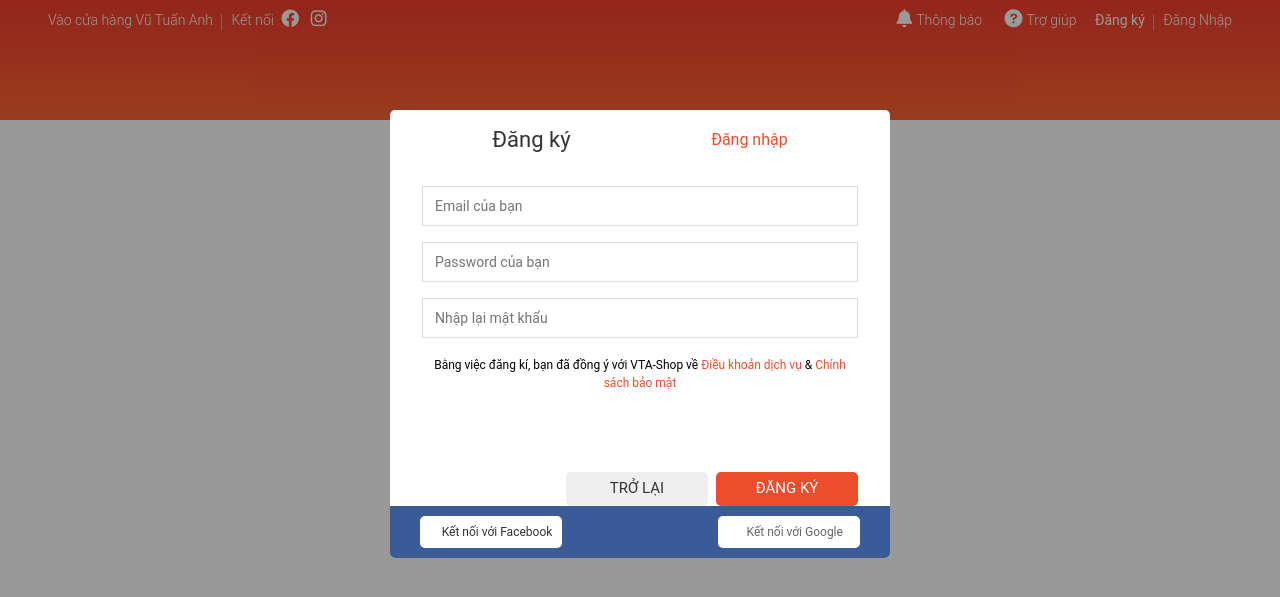
Repository: VuTuanAnh0949/Shopee
Page: index.html
An editor plug-in stored every save of this project. The page is shown before and after the next save, followed by the edit.
The browser window is 1280 px wide. The pictures show the whole page.

Above is the page before, as saved 2022-02-16 13:52:41.

### index.html
<!DOCTYPE html>
<html lang="en">

<head>
    <meta charset="UTF-8" />
    <meta http-equiv="X-UA-Compatible" content="IE=edge" />
    <meta name="viewport" content="width=device-width, initial-scale=1.0" />
    <title>Shopee</title>
    <link rel="stylesheet" href="https://cdnjs.cloudflare.com/ajax/libs/normalize/8.0.1/normalize.min.css" />
    <link rel="stylesheet" href="./assets/css/base.css" />
    <link rel="stylesheet" href="./assets/css/main.css" />
    <link rel="stylesheet" href="./assets/fonts/fontawesome-free-6.0.0-web/css/all.min.css">
    <link rel="stylesheet" href="https://fonts.googleapis.com/css?family-Roboto:300, 400, 500,78
0&display=swap&subset=vietnamese" rel="stylesheet" />

</head>

<body>
    <!-- Block Element Modifier -->
    <div class="app">
        <header class="header">
            <div class="grid">
                <nav class="header__navbar">
                    <ul class="header__navbar-list">
                        <li class="header__navbar-item header__navbar-item--has-qr header__navbar-item--separate">Vào cửa hàng Vũ Tuấn Anh
                            <div class="header__qr">
                                <img src="./assets/img/QR_code.png" alt="QR Code" class="header__qr-img">
                                <div class="header__qr-apps">
                                    <a href="" class="header__qr-link"><img src="./assets/img/Google_Play.png" alt="Google Play" class="header__qr-dowload-img">
                                    </a>
                                    <img src="./assets/img/App_store.png" alt="App Store" class="header__qr-dowload-img">
                                </div>
                            </div>
                        </li>
                        <li class="header__navbar-item">
                            <span class="header__navbar-title--no-pointer">Kết nối</span>
                            <a href="" class="header__navbar-icon-link"><i class="header__navbar-icon fa-brands fa-facebook"></i></a>
                            <a href="" class="header__navbar-icon-link"><i class="header__navbar-icon fa-brands fa-instagram"></i></a>
                        </li>
                    </ul>

                    <ul class="header__navbar-list">
                        <li class="header__navbar-item header__navbar-item--has-notification">
                            <a href="" class="header__navbar-item-link"><i class="header__navbar-icon fa-solid fa-bell"></i>Thông báo</a>
                            <div class="header__notification">
                                <header class="header__notification-header">
                                    <h3>Thông báo mới nhận</h3>
                                </header>
                                <ul class="header__notification-list">
                                    <li class="header__notification-item header__notification-viewed">
                                        <a href="" class="header__notification-link">
                                            <img src="https://cf.shopee.vn/file/a2344384834f0903b232953bf8e1d283_tn" alt="" class="header__notification-img">
                                            <div class="header__notification-info">
                                                <span class="header__notification-name">Bàn Phím cơ chính hãng K400-Đen</span>
                                                <span class="header__notification-descriotion">Bàn phím cơ máy tính gaming K550 Pro full Led 7 chế độ hiệu ứng là mẫu bàn phím phù hợp cho văn phòng và game thủ</span>
                                            </div>
                                        </a>
                                    </li>
                                    <li class="header__notification-item">
                                        <a href="" class="header__notification-link">
                                            <img src="https://cf.shopee.vn/file/fbd0d6cd59ae0c260cbdd8d2bdccbe06_tn" alt="" class="header__notification-img">
                                            <div class="header__notification-info">
                                                <span class="header__notification-name">Bàn phím cơ chính hãng K400-Trắng xanh 1</span>
                                                <span class="header__notification-descriotion">Bàn phím cơ máy tính gaming K550 Pro full Led 7 chế độ hiệu ứng là mẫu bàn phím phù hợp cho văn phòng và game thủ</span>
                                            </div>
                                        </a>
                                    </li>
                                    <li class="header__notification-item ">
                                        <a href="" class="header__notification-link">
                                            <img src="https://cf.shopee.vn/file/26989c24e549299dcfb324055082c553" alt="" class="header__notification-img">
                                            <div class="header__notification-info">
                                                <span class="header__notification-name">Bàn phím cơ chính hãng K400-Trắng xanh 2</span>
                                                <span class="header__notification-descriotion">>Bàn phím cơ máy tính gaming K550 Pro full Led 7 chế độ hiệu ứng là mẫu bàn phím phù hợp cho văn phòng và game thủ</span>
                                            </div>
                                        </a>
                                    </li>
                                </ul>
                                <div class="footer header__notification-footer">
                                    <a href="" class="header__notification-footer-btn">Xem tất cả</a>


                                </div>
                            </div>
                        </li>
                        <li class="header__navbar-item">
                            <a href="" class="header__navbar-item-link"><i class="header__navbar-icon fa-solid fa-circle-question"></i>Trợ giúp</a>
                        </li>
                        <li class="header__navbar-item header__navbar-item--strong header__navbar-item--separate">Đăng ký</li>
                        <li class="header__navbar-item header__navbar-ite--strong"> Đăng Nhập</li>
                    </ul>
                </nav>
            </div>
        </header>
        <div class="container">

        </div>
        <footer class="footer">

        </footer>
    </div>
    <!-- Modal layout -->
    <div class="modal">
        <div class="modal__overlay"></div>

        <div class="modal__body">

            <!-- Authen form -->
            <div class="auth-form">
                <div class="auth-form__container">
                    <div class="auth-form__container"></div>
                    <div class="auth-form__header">
                        <h3 class="auth-form__heading">Đăng ký</h3>
                        <span class="auth-form__switch-btn">Đăng nhập</span>
                    </div>
                    <div class="auth-form__form">
                        <div class="auth-form__group">
                            <input type="text" class="auth-form__input" placeholder="Email của bạn">
                        </div>
                        <div class="auth-form__group">
                            <input type="password" class="auth-form__input" placeholder="Password của bạn">
                        </div>
                        <div class="auth-form__group">
                            <input type="password" class="auth-form__input" placeholder="Nhập lại mật khẩu ">
                        </div>
                    </div>
                    <div class="auth-form__aside">
                        <p class="auth-form__policy-text">
                            Bằng việc đăng kí, bạn đã đồng ý với VTA-Shop về
                            <a href="" class="auth-form__text-link">Điều khoản dịch vụ</a> &
                            <a href="" class="auth-form__text-link">Chính sách bảo mật</a>
                        </p>
                    </div>
                    <div class="auth-form__controls">
                        <button class="btn btn--normal auth-form__controls-back ">TRỞ LẠI</button>
                        <button class="btn btn--primary">ĐĂNG KÝ</button>
                    </div>
                </div>
                <div class="auth-form__socials--facebook">
                    <a href="" class="btn btn--size-s btn--with-icon">
                        <i class="auth-form__socials-icon fa-brands fa-facebook"></i>
                        <span class="auth-form__socials-title">
                            Kết nối với Facebook
                        </span>
                    </a>
                    <a href="" class="auth-form__socials--google btn btn--size-s btn--with-icon">
                        <i class="auth-form__socials-icon fa-brands fa-google"></i>
                        <span class="auth-form__socials-title">
                            Kết nối với Google
                        </span>
                    </a>
                </div>
            </div>
        </div>
    </div>
</body>

</html>

### assets/css/base.css
:root {
  --primary-color:#EE4D2D;
  --white-color: #fff;
  --black-color: #000;
  --text-color: #333;
  --border-color:#dbdbdb;
}
* {
  box-sizing: inherit;
}
html {
  font-size: 62.5%;
  line-height: 1.6rem;
  font-family: "Roboto", sans-serif;
  box-sizing: border-box;
}
.grid {
  width: 1200px;
  max-width: 100%;
  margin: 0 auto;
}
.grid__full-width {
  width: 100%;
}
.grid__row {
  display: flex;
  flex-wrap: wrap;
}
/* Animation */
@keyframes fadeIn{
  from{
    opacity: 0;
  }to{
    opacity: 1;
  }
}
/* Modal */
.modal{
  position: fixed;
  top: 0;
  right: 0;
  bottom: 0;
  left: 0;
  display: flex;
}
.modal__overlay{
  position: absolute;
  width: 100%;
  height: 100%;
  background-color: rgba(0,0,0,0.4);
}
.modal__body{
  width: 500px;
  height: 500px;
  margin: auto;
  position: relative;
  z-index: 1;  /* để cho modal nổi lên */
}
/* Button style */
.btn{
  min-width: 142px;
  height: 34px;
  text-decoration: none;
  border:none ;
  border-radius: 5px;
  font-size: 1.5rem;
  padding:0 12px;
  outline: none;
  cursor: pointer;
  color: var(--text-color);
  align-items: center;
 justify-content: center;
}
.btn.btn--normal:hover{
  background-color: rgba(0,0,0,0.05);
}
.btn.btn--size-s{
  height: 32px;
  font-size: 12px;
  padding:0 8px;
}
/* .. dùng để css 1 element có 2 class */
.btn.btn--primary{
  color: var(--white-color);
  background-color: var(--primary-color);
  }
.btn.btn-disabled{
  color: #949494;
  cursor: default;
  background-color: #c3c3c3;
}

### assets/css/main.css
.header{
height: 120px;
background-image:linear-gradient(0, #fe6433, #f53e2d) ;
}
.header__navbar{
  display: flex;
  justify-content: space-between;
}
.header__navbar-list{
list-style: none;
padding-left: 0;
margin-top: 9px;
}
.header__navbar-item{
  margin: 0 8px;
  position: relative;
  min-height: 26px;
}
.header__navbar-item--has-qr:hover .header__qr{
  display: block;
}
.header__navbar-item--has-notification:hover .header__notification{
  display: block;
}
.header__navbar-item,
.header__navbar-item-link{
  display:inline-block;
  font-size: 1.4rem;
  color:var(--white-color);
  text-decoration: none;
  font-weight: 300;
}
.header__navbar-item,
.header__navbar-item-link,
.header__navbar-icon-link{
/*   display: flex; */
  align-items: center;
}
.header__qr::before{
  position: absolute;
  left: 0;
  top: -16px;
  width: 100%;
  height: 20px;
  content: "";
  display: block;

}
.header__navbar-item:hover,
.header__navbar-icon-link:hover,
.header__navbar-item-link:hover{
  cursor: pointer;
  color: rgba(255,255,255,0.7);
}
.header__navbar-item--strong{
  font-weight: 400;
}
.header__navbar-item--separate::after{
  content: "";
  display: block;
  position: absolute;
border-left: 1px solid #FB9086;
height: 16px;
right: -9px;
top: 37%;
transform: translateY(-50%);
}
.header__navbar-icon-link{
  color: var(--white-color);
  text-decoration: none;
}
.header__navbar-icon{
  font-size: 1.8rem;
  margin: 0 4px;
}
.header__navbar-title--no-pointer{
  cursor: text;
  color: var(--white-color);
  text-decoration: none;
}
/* Header QR code */
.header__qr{
  width: 180px;
background-color: var(--white-color);
position: absolute;
left: 0;
top: 100%;
padding: 8px;
border-radius: 5px;
display: none;
animation: fadeIn ease-in 0.3s;
}
.header__qr-img{
width: 100%;
}
.header__qr-apps{
display: flex;
justify-content: space-between;
}
.header__qr-link:nth-child(1){
  margin-left: 11px;
}
.header__qr-link:nth-child(2){
  margin-right: 15px;
}
.header__qr-dowload-img{
  height: 16px;
}
/* header__notification */
.header__notification{
position: absolute ;
top: 27px;
right: 0;
width: 404px;
background-color: var(--white-color);
border-radius: 5px;
border: 1px solid #D3D3D3;
cursor: default;
transform-origin:90% top;
animation:  headerNotificationGrowth ease-in 0.2s;
will-change: opacity, transform;
display: none;
}
.header__notification::before{
content: "";
border-width:20px 30px ;
border-style: solid;
/* Tạo một lớp giá */
border-color:transparent transparent var(--white-color) transparent;
position: absolute;
right: 6px;
top: -30px;
}
/* Giúp di chuột vào quả chuông cạnh nút thông báo không bị mất list thông báo */
.header__notification::after{
  content: "";
  display: block;
  position: absolute;
  height: 20px;
  width: 90px;
  top: -16px;
  right: 0;
 }
@keyframes headerNotificationGrowth{
  from{
    opacity: 0;
    transform: scale(0);
  }to{
    opacity: 1;
    transform: scale(1);
  }
}
.header__notification-header{
  height: 40px;
  background-color: var(--white-color);
  border-radius: 5px;
}
.header__notification-header h3{
  color: #999;
  margin: 0 0 0 12px;
  width: 400;
  font-size: 1.4rem;
  line-height: 40px;
  user-select: none;  /* không cho coppy */
}
.header__notification-list{
padding-left: 0;
}
.header__notification-item{
display: flex;

}
.header__notification-item:hover{
  background-color: #f7f7f7
}
.header__notification-viewed{
  background-color: rgba(238,75,43,0.08);

}
.header__notification-link{
  display: flex;
  width: 100%;
  padding: 12px;
  text-decoration: none;
}
.header__notification-img{
width: 48px;
object-fit: contain;
}
.header__notification-info{
margin-left: 12px;
}
.header__notification-name{
display: block;
font-size: 1.4rem;
color: var(--text-color);
font-weight: 400px;
line-height: 1.8rem;
}
.header__notification-descriotion{
display: block;
font-size: 1.2rem;
line-height: 1.6rem;
color: #765F6E;
margin-top: 4px;
}
.header__notification-footer{
 display: flex;
}
.header__notification-footer-btn{
  text-decoration: none;
  color:var(--text-color);
  width: 100%;
  padding: 8px 0;
  margin: auto;
  font-size: 1.4rem;
  font-weight: 400;
  text-align: center;
}
/* Authen modal */
.auth-form{
  width: 500px;
    background-color: var(--white-color);
  border-radius: 5px;
  overflow: hidden;
}
.auth-form__container{
  padding: 0 32px;
}
.auth-form__header{
  display: flex;
  align-items: center;
  justify-content: space-around;
}
.auth-form__heading{
  font-size: 2.2rem;
  font-weight:400;
  color: var(--text-color);
}
.auth-form__switch-btn{
  font-size: 1.6rem;
  font-weight:400;
  color: var(--primary-color);
  cursor: pointer;
}
.auth-form__form{
}
.auth-form__input{
  width: 100%;
  height: 40px;
  margin-top: 16px;
  padding: 0 12px;
  font-size: 1.4rem;
  border: 1px solid var(--border-color);
  outline: none;
}
/*Dí chuột vào ô input => ô input nháy chuột  */
.auth-form__input:focus{
border-color: #777;
}
.auth-form__aside{
  margin-top: 18px;
}
.auth-form__policy-text{
  font-size: 1.2rem;
  line-height: 1.8rem;
  text-align: center;
  padding: 0 3px;
}
.auth-form__text-link{
  color: var(--primary-color);
  text-decoration: none;
}
.auth-form__controls{
  margin-top: 80px;
  display: flex;
  justify-content: flex-end;
}
.auth-form__controls-back{
  margin-right: 8px;
}
.auth-form__socials{
 background-color: #F5F5F5;
 padding: 16px 36px;
 display: flex;
 justify-content: space-between;
 margin-top: 20px;
}
.auth-form__socials--facebook{
  color: var(--white-color);
  background-color:#3A5A98 ;
  display: flex;
  justify-content: space-between;
}
.auth-form__socials--facebook,
.auth-form__socials-icon{
color: var(--white-color);
}
.auth-form__socials-title{
  margin-top: 0 36px;
}
.auth-form__socials--google{
  color: #666;
  background-color: var(--white-color);
}
.btn--with-icon{
  display: flex;
}
.btn.btn--size-s {
  background-color: white;
margin:10px 30px;

}

Loaded but not shown: assets/fonts/fontawesome-free-6.0.0-web/css/all.min.css (library)

After the next save:
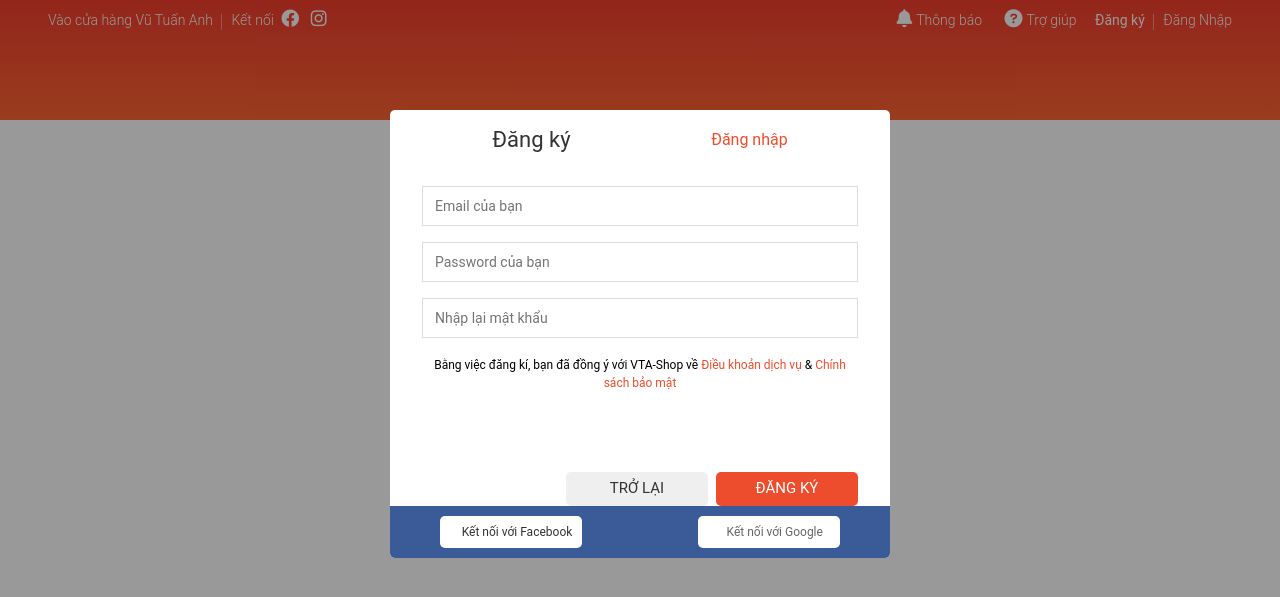
Saved 4 s later.
--- a/assets/css/main.css
+++ b/assets/css/main.css
@@ -308,6 +308,6 @@ color: var(--white-color);
 }
 .btn.btn--size-s {
   background-color: white;
-margin:10px 30px;
+margin:10px 50px;
 
 }
